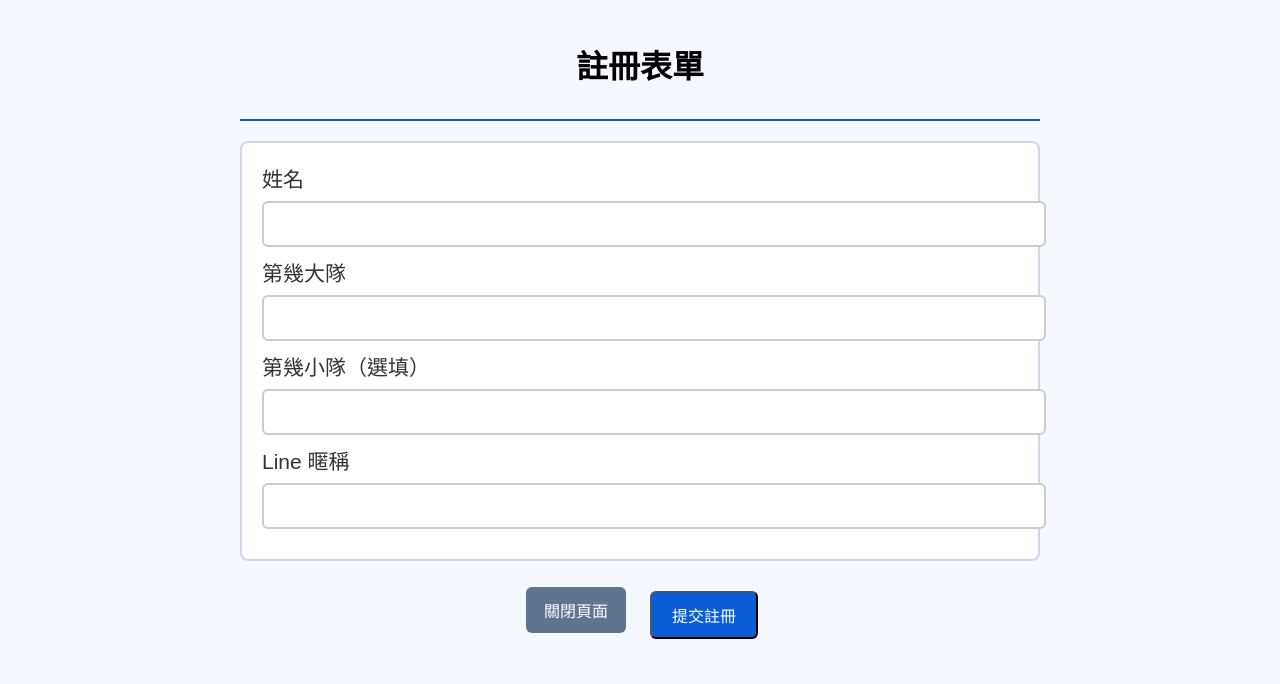
Repository: mommygoose40/register
Page: index.html
An editor plug-in stored every save of this project. The page is shown before and after the next save, followed by the edit.
The browser window is 1280 px wide. The pictures show the whole page.

Above is the page before, as saved 2025-11-11 16:43:33.

### index.html
<!DOCTYPE html>
<html lang="zh-TW">
<head>
  <meta charset="UTF-8">
  <meta name="viewport" content="width=device-width, initial-scale=1.0">
  <title>防汛志工註冊表單</title>
  <style>
    /* === 基本排版設定 === */
    body {
      font-family: Arial, sans-serif;
      background-color: #f5f8ff;  /* 背景顏色 */
      color: #000;                /* 文字顏色 */
      margin: 0;
      padding: 0;
    }

    /* 內容區域的最大寬度 */
    .container {
      max-width: 800px;
      margin: 0 auto;   /* 居中 */
      padding: 20px;
    }

    /* 頁面標題樣式 */
    .header {
      text-align: center;
      color: #000;
      border-bottom: 2px solid #0b5ed7; /* 底部藍色邊框 */
      padding-bottom: 10px;
      margin-bottom: 20px;
    }

    /* 步驟標題樣式 */
    .step-title {
      font-weight: 700;
      font-size: 22px;
      color: #000;
      margin-bottom: 14px;
    }

    /* 表單區塊樣式 */
    .form-section {
      background: white;
      border-radius: 8px;
      border: 2px solid #d0d7e2;  /* 輕灰色邊框 */
      padding: 20px;
      margin-bottom: 20px;
    }

    /* 輸入框的樣式 */
    label {
      font-size: 21px;  /* 文字大小與異常類型選項一致 */
      color: #333;
      margin-bottom: 8px;
      display: inline-block;
    }

    input[type="text"],
    input[type="number"] {
      padding: 12px;
      width: 100%;  /* 確保輸入框寬度100% */
      max-width: 100%;  /* 限制最大寬度 */
      border: 2px solid #ccc;
      border-radius: 6px;
      font-size: 16px;
      margin-bottom: 10px;
    }

    /* 按鈕樣式 */
    .ui-btn {
      display: inline-flex;
      align-items: center;
      justify-content: center;
      padding: 10px 18px;          /* 減少按鈕的間距 */
      margin: 6px 4px;             /* 按鈕外邊距 */
      background: #0b5ed7;         /* 藍色按鈕背景顏色 */
      color: #fff;                 /* 文字顏色 */
      border: none;                /* 去除邊框 */
      border-radius: 6px;          /* 圓角設計 */
      font-size: 16px;             /* 字體大小較小，與其他元素一致 */
      cursor: pointer;
    }

    .ui-btn:active {
      filter: brightness(0.7);  /* 按鈕被按下時的亮度變暗效果 */
    }

    /* 灰色型按鈕 */
    .ui-btn.gray {
      background: #60748f;
    }

    /* 提交按鈕 */
    .submit-btn {
      background: #0b5ed7;
      font-size: 16px;  /* 字體大小 */
      color: white;
      padding: 10px 20px;  /* 合適的按鈕間距 */
      border-radius: 6px;
      cursor: pointer;
      width: auto;  /* 調整寬度為自動 */
      margin-top: 10px;
    }

    .submit-btn:hover {
      background: #0a4a91;
    }

    /* 按鈕區域 */
    .button-group {
      display: flex;
      justify-content: center;  /* 置中按鈕 */
      gap: 20px;
    }

  </style>
</head>

<body>
  <div class="container">
    <div class="header">
      <h1>註冊表單</h1>
    </div>

    <div class="form-section">
      <label for="name">姓名</label>
      <input type="text" id="name" name="name" required>

      <label for="division">第幾大隊</label>
      <input type="number" id="division" name="division" required>

      <label for="team">第幾小隊（選填）</label>
      <input type="number" id="team" name="team">

      <label for="lineName">Line 暱稱</label>
      <input type="text" id="lineName" name="lineName" required>
    </div>

    <!-- 按鈕區域 -->
    <div class="button-group">
      <button class="ui-btn gray" onclick="window.close()">關閉頁面</button>
      <button class="submit-btn" type="submit" onclick="submitForm()">提交註冊</button>
    </div>
  </div>

  <script>
    function submitForm() {
      const name = document.getElementById('name').value;
      const division = document.getElementById('division').value;
      const team = document.getElementById('team').value;
      const lineName = document.getElementById('lineName').value;

      const url = `https://script.google.com/macros/s/AKfycbwT66A1PBzl0UAt_EUto63SGI27ThJr_uQFc9m3IMLQnGirgyTm9e83LpChEwJwkGJD/exec?姓名=${encodeURIComponent(name)}&大隊=${encodeURIComponent(division)}&小隊=${encodeURIComponent(team)}&Line%20暱稱=${encodeURIComponent(lineName)}`;

      fetch(url)
        .then(response => response.json())
        .then(data => {
          if (data.status === 'success') {
            showMessage('提交成功！註冊結果請等候管理員確認');
          } else {
            showMessage('提交失敗，請稍後再試');
          }
        })
        .catch(error => {
          console.error('Error:', error);
          showMessage('提交失敗，請稍後再試');
        });
    }

    function showMessage(text, onConfirm) {
      document.getElementById("customModal")?.remove();
      const overlay = document.createElement("div");
      overlay.id = "customModal";
      Object.assign(overlay.style, {
        position: "fixed",
        inset: "0",
        background: "rgba(0,0,0,0.6)",
        display: "flex",
        alignItems: "center",
        justifyContent: "center",
        zIndex: "9999",
      });
      const box = document.createElement("div");
      Object.assign(box.style, {
        background: "#fff",
        color: "#000",
        borderRadius: "12px",
        padding: "30px 40px",
        fontSize: "22px",
        textAlign: "center",
        maxWidth: "80%",
        boxShadow: "0 4px 20px rgba(0,0,0,0.3)",
      });
      box.innerHTML = text;

      const btn = document.createElement("button");
      btn.textContent = "確定";
      Object.assign(btn.style, {
        marginTop: "24px",
        fontSize: "20px",
        padding: "10px 28px",
        borderRadius: "8px",
        border: "none",
        background: "#0b5ed7",
        color: "#fff",
      });

      btn.onclick = () => {
        overlay.remove();
        requestAnimationFrame(() => {
          requestAnimationFrame(() => {
            if (typeof onConfirm === "function") onConfirm();
          });
        });
      };

      box.appendChild(document.createElement("br"));
      box.appendChild(btn);
      overlay.appendChild(box);
      document.body.appendChild(overlay);
    }
  </script>
</body>
</html>

After the next save:
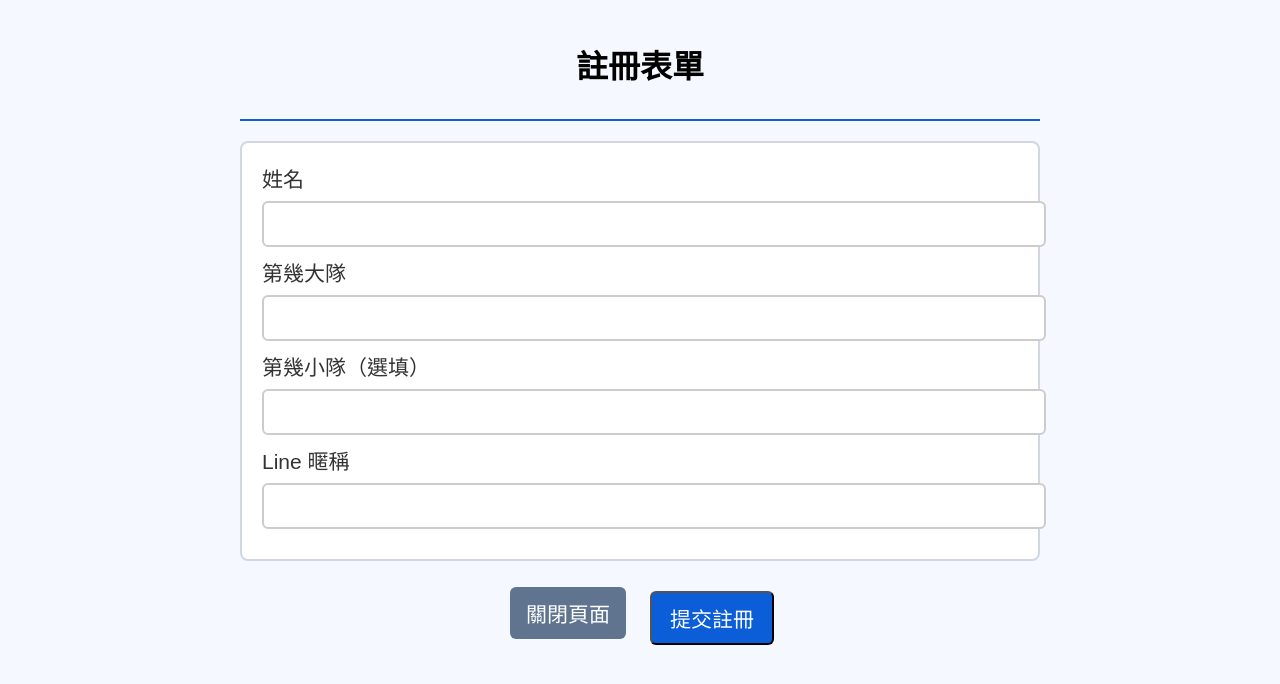
Saved 6 min 36 s later.
--- a/index.html
+++ b/index.html
@@ -30,14 +30,6 @@
       margin-bottom: 20px;
     }
 
-    /* 步驟標題樣式 */
-    .step-title {
-      font-weight: 700;
-      font-size: 22px;
-      color: #000;
-      margin-bottom: 14px;
-    }
-
     /* 表單區塊樣式 */
     .form-section {
       background: white;
@@ -71,13 +63,13 @@
       display: inline-flex;
       align-items: center;
       justify-content: center;
-      padding: 10px 18px;          /* 減少按鈕的間距 */
-      margin: 6px 4px;             /* 按鈕外邊距 */
-      background: #0b5ed7;         /* 藍色按鈕背景顏色 */
-      color: #fff;                 /* 文字顏色 */
-      border: none;                /* 去除邊框 */
-      border-radius: 6px;          /* 圓角設計 */
-      font-size: 16px;             /* 字體大小較小，與其他元素一致 */
+      padding: 8px 16px;         /* 減少按鈕的間距 */
+      margin: 6px 4px;            /* 按鈕外邊距 */
+      background: #0b5ed7;        /* 藍色按鈕背景顏色 */
+      color: #fff;                /* 文字顏色 */
+      border: none;               /* 去除邊框 */
+      border-radius: 6px;         /* 圓角設計 */
+      font-size: 21px;            /* 字體大小較小，與其他元素一致 */
       cursor: pointer;
     }
 
@@ -93,9 +85,9 @@
     /* 提交按鈕 */
     .submit-btn {
       background: #0b5ed7;
-      font-size: 16px;  /* 字體大小 */
+      font-size: 21px;  /* 字體大小 */
       color: white;
-      padding: 10px 20px;  /* 合適的按鈕間距 */
+      padding: 10px 18px;  /* 合適的按鈕間距 */
       border-radius: 6px;
       cursor: pointer;
       width: auto;  /* 調整寬度為自動 */
@@ -111,6 +103,12 @@
       display: flex;
       justify-content: center;  /* 置中按鈕 */
       gap: 20px;
+      margin-top: 10px;  /* 保持間距 */
+    }
+
+    /* 去除按鈕陰影 */
+    .ui-btn, .submit-btn {
+      box-shadow: none;
     }
 
   </style>
@@ -150,7 +148,7 @@
       const team = document.getElementById('team').value;
       const lineName = document.getElementById('lineName').value;
 
-      const url = `https://script.google.com/macros/s/AKfycbwT66A1PBzl0UAt_EUto63SGI27ThJr_uQFc9m3IMLQnGirgyTm9e83LpChEwJwkGJD/exec?姓名=${encodeURIComponent(name)}&大隊=${encodeURIComponent(division)}&小隊=${encodeURIComponent(team)}&Line%20暱稱=${encodeURIComponent(lineName)}`;
+      const url = `https://script.google.com/macros/s/AKfycbzhfDTfRusiKLmzM-y1mc-JrTj3jhd3k17QxInsjl-_P8O1MNzAdgyI9zkbIhBF7bMT/exec?姓名=${encodeURIComponent(name)}&大隊=${encodeURIComponent(division)}&小隊=${encodeURIComponent(team)}&Line%20暱稱=${encodeURIComponent(lineName)}`;
 
       fetch(url)
         .then(response => response.json())
